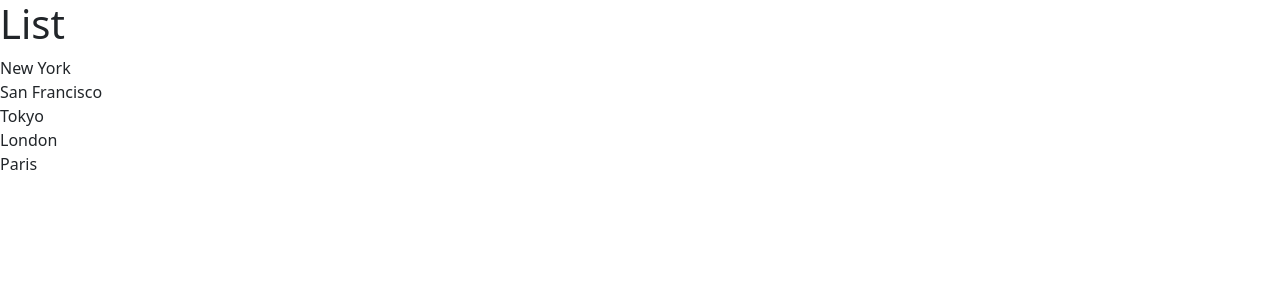
Repository: jongheonleee/react_tutorial_1
Page: /
An editor plug-in stored every save of this project. The page is shown before and after the next save, followed by the edit.
The browser window is 1280 px wide. The pictures show the whole page.
The project was rebuilt for these pictures with package versions that can differ from the ones it lists, and the page was loaded fresh each time. Also part of the build but not shown: vite.config.ts.

Above is the page before, as saved 2023-07-19 13:16:25.

After the next save:
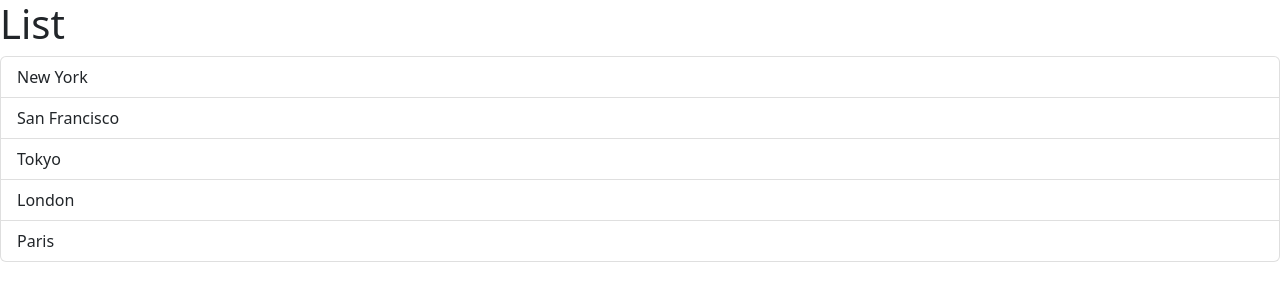
Saved 32 s later.
--- a/src/components/ListGroup.tsx
+++ b/src/components/ListGroup.tsx
@@ -7,7 +7,7 @@ function ListGroup() {
       {items.length === 0 && <p>No item found</p>}
       <ul className="list-group">
         {items.map(item => (
-          <li className="list-group-itme" key={item}>
+          <li className="list-group-item" key={item}>
             {item}
           </li>
         ))}
